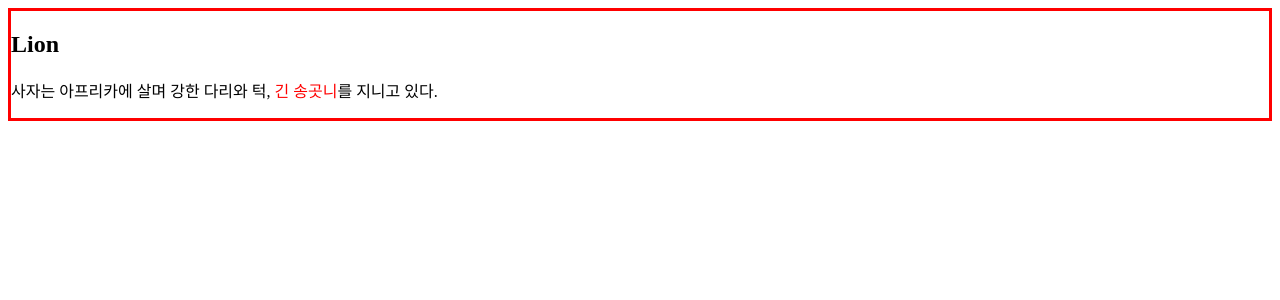
Repository: dhbaek2004/JSPex
Page: http://localhost/UX/DivSpan.jsp
These files come from the project's save history. The page is drawn as it stood at one moment and after the next save; the edit follows.
The browser window is 1280 px wide. The pictures show the whole page.
The page is served by Tomcat 9.

Above is the page before, as saved 2020-08-26 14:19:59.

### Infrearn/UX/UX/WebContent/DivSpan.jsp
<%@ page language="java" contentType="text/html; charset=EUC-KR"
    pageEncoding="EUC-KR"%>
<!DOCTYPE html>
<html>
<head>
<meta charset="EUC-KR">
<title>Insert title here</title>
</head>
<body>
	<div style="border: 3px solid red;">
		<h2>Lion</h2>
			<p>
				사자는 아프리카에 살며
				강한 다리와 턱,
				<span style="color : red;">긴 송곳니</span>를
				지니고 있다.
			</p>
	</div>
</body>
</html>

After the next save:
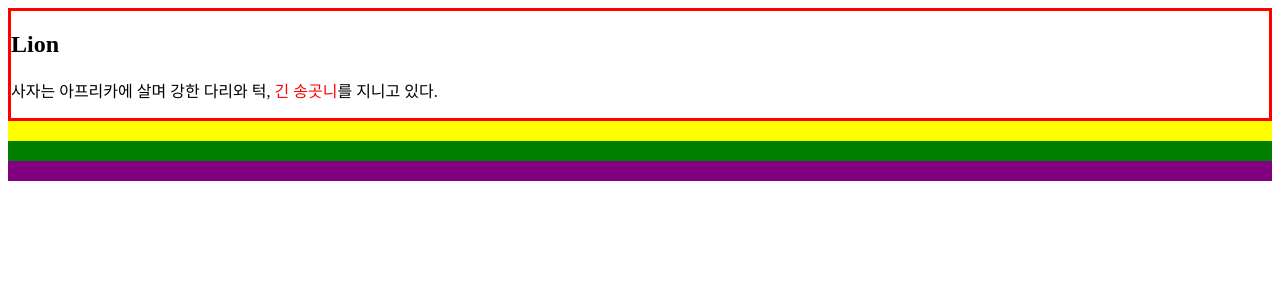
Saved 9 min 41 s later.
--- a/Infrearn/UX/UX/WebContent/DivSpan.jsp
+++ b/Infrearn/UX/UX/WebContent/DivSpan.jsp
@@ -16,5 +16,9 @@
 				지니고 있다.
 			</p>
 	</div>
+
+	<div style="height:20px; background-color:yellow"></div>
+	<div style="height:20px; background-color:green"></div>
+	<div style="height:20px; background-color:purple"></div>
 </body>
 </html>
